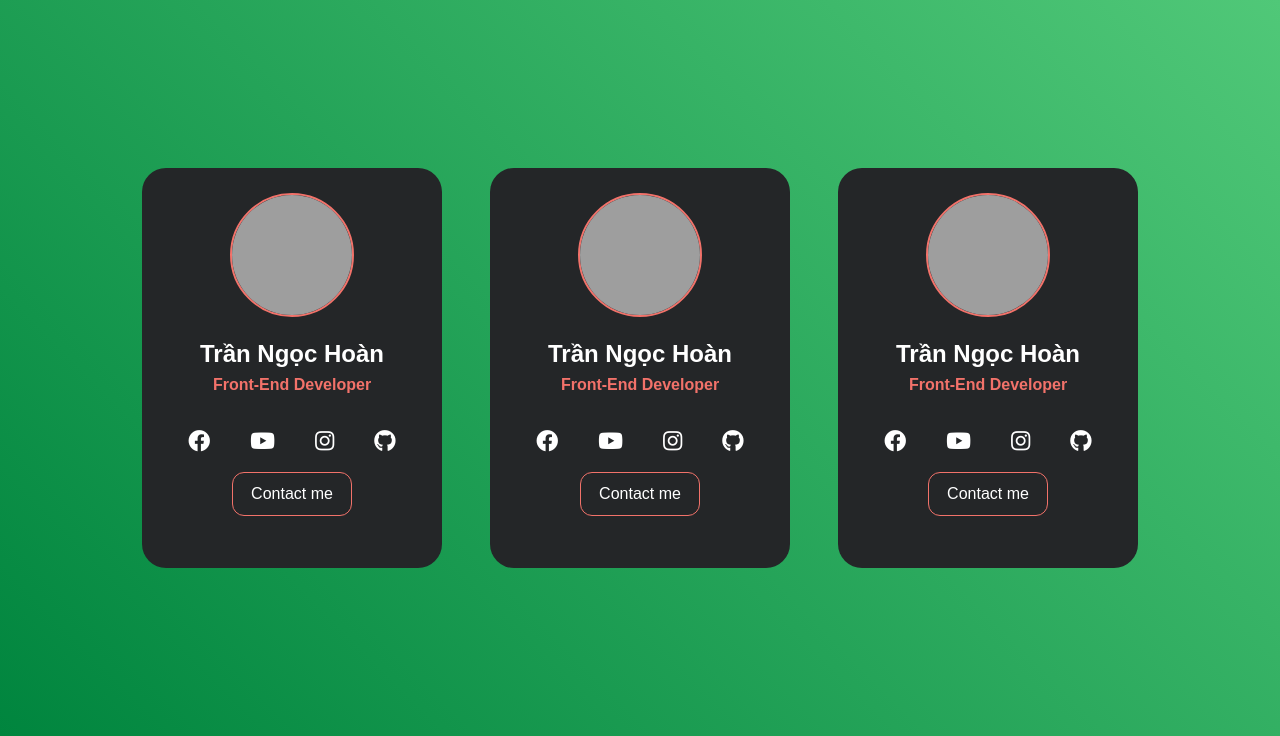
Repository: HoanTiny/30projects-30day
Page: Day 2/index.html
An editor plug-in stored every save of this project. The page is shown before and after the next save, followed by the edit.
The browser window is 1280 px wide. The pictures show the whole page.
Pictures or frames that could not be fetched are drawn as grey boxes. Some web libraries are served in a nearby version.

Above is the page before, as saved 2021-11-30 22:08:18.

After the next save:
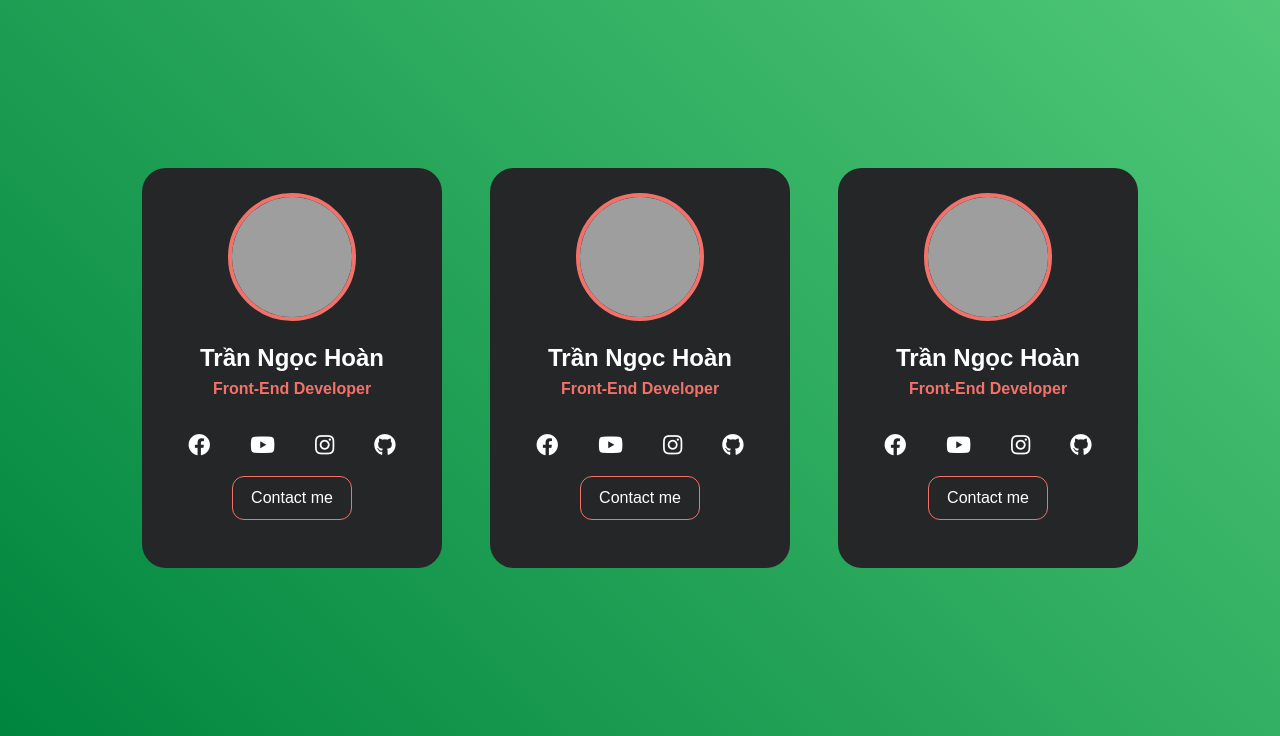
Saved 23 min 33 s later.
--- a/Day 2/style.css
+++ b/Day 2/style.css
@@ -43,7 +43,7 @@ a {
     margin: 0 auto;
     transform: translateY(25px);
     border-radius: 50%;
-    border: 2px solid #f2726a;
+    border: 4px solid #f2726a;
 }
 
 img {
